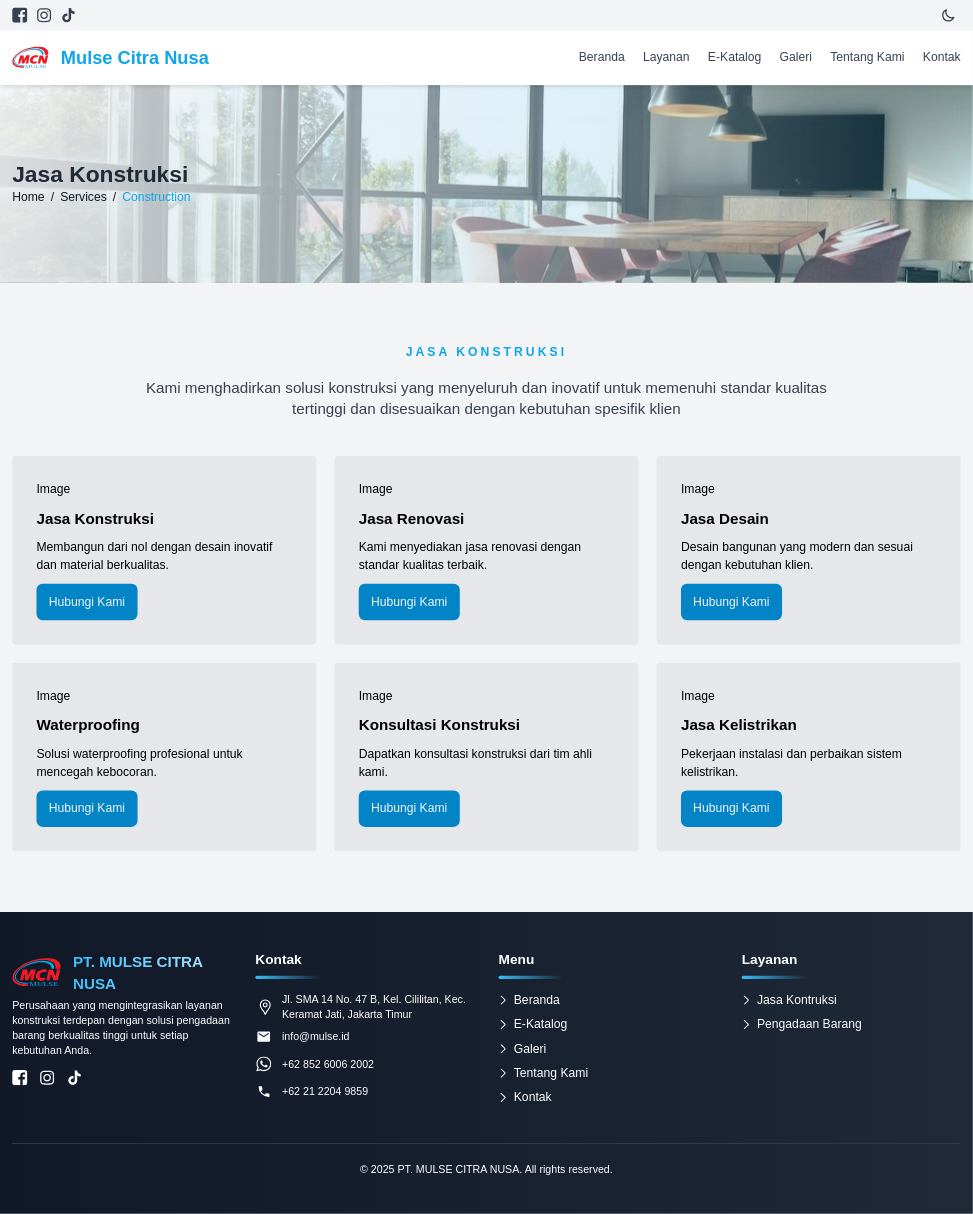
Repository: PrasBaldin/next-mulse
Page: /services/construction
An editor plug-in stored every save of this project. The page is shown before and after the next save, followed by the edit.
The browser window is 1280 px wide. The pictures show the whole page, at 76% of full size.
The project was rebuilt for these pictures with package versions that can differ from the ones it lists, and the page was loaded fresh each time. The framework's server and built-in components were replaced by stand-ins that run in the browser. Also part of the build but not shown: next.config.ts, app/_assets/servicesIcon/iconConstruction.tsx, app/_assets/servicesIcon/iconRenovation.tsx, app/_assets/servicesIcon/iconDesign.tsx, app/_assets/servicesIcon/iconConsultation.tsx, app/_assets/servicesIcon/iconWaterproofing.tsx, app/_assets/servicesIcon/iconElectrical.tsx.

Above is the page before, as saved 2025-02-26 13:53:06.

### app/layout.tsx
import type { Metadata } from "next";
import { Geist, Geist_Mono } from "next/font/google";
import "./globals.css";
import Navbar from "@/components/navbar";
import Footer from "@/components/footer";

const geistSans = Geist({
  variable: "--font-geist-sans",
  subsets: ["latin"],
});

const geistMono = Geist_Mono({
  variable: "--font-geist-mono",
  subsets: ["latin"],
});

export const metadata: Metadata = {
  title: "Mulse",
  description: "Selamat datang di PT. Mulse Citra Nusa, kami menyediakan barang dan jasa sesuai kebutuhan Anda.",
};

export default function RootLayout({
  children,
}: Readonly<{
  children: React.ReactNode;
}>) {
  return (
    <html lang="en">
      <body className={`${geistSans.variable} ${geistMono.variable} antialiased`} >
        <Navbar />
        {children}
        <Footer />
      </body>
    </html>
  );
}

### app/services/construction/page.tsx
import Link from "next/link";
import IconTools from "../../_assets/servicesIcon/iconConstruction";
import IconRenovation from "../../_assets/servicesIcon/iconRenovation";
import IconDesign from "../../_assets/servicesIcon/iconDesign";
import IconConsultation from "../../_assets/servicesIcon/iconConsultation";
import IconWaterproofing from "../../_assets/servicesIcon/iconWaterproofing";
import IconElectrical from "../../_assets/servicesIcon/iconElectrical";

const ConstructionPage = () => {
  const services = [
    {
      icon: "construction",
      title: "Jasa Konstruksi",
      description:
        "Membangun dari nol dengan desain inovatif dan material berkualitas.",
    },
    {
      icon: "renovation",
      title: "Jasa Renovasi",
      description:
        "Kami menyediakan jasa renovasi dengan standar kualitas terbaik.",
    },
    {
      icon: "design",
      title: "Jasa Desain",
      description:
        "Desain bangunan yang modern dan sesuai dengan kebutuhan klien.",
    },
    {
      icon: "waterproofing",
      title: "Waterproofing",
      description: "Solusi waterproofing profesional untuk mencegah kebocoran.",
    },
    {
      icon: "consultation",
      title: "Konsultasi Konstruksi",
      description: "Dapatkan konsultasi konstruksi dari tim ahli kami.",
    },
    {
      icon: "electrical",
      title: "Jasa Kelistrikan",
      description: "Pekerjaan instalasi dan perbaikan sistem kelistrikan.",
    },
  ];

  return (
    <>
      <section className="mt-[72px] lg:mt-[112px]">
        <div className="banner">
          <div className="banner-mask"></div>
          <div className="container z-[1] relative">
            <div className="banner-content">
              <h4 className="text-3xl font-bold text-gray-800 dark:text-gray-100 transition duration-500 ease-in-out">
                Jasa Konstruksi
              </h4>
              <ul className="breadcrumbs">
                <li>
                  <Link
                    href="/"
                    className="text-gray-900 dark:text-gray-100 transition duration-500 ease-in-out"
                  >
                    Home
                  </Link>
                </li>
                <li className="text-gray-900 dark:text-gray-100 transition duration-500 ease-in-out">
                  /
                </li>
                <li>
                  <Link
                    href="/"
                    className="text-gray-900 dark:text-gray-100 transition duration-500 ease-in-out"
                  >
                    Services
                  </Link>
                </li>
                <li className="text-gray-900 dark:text-gray-100 transition duration-500 ease-in-out">
                  /
                </li>
                <li>
                  <Link href="/gallery" className="text-sky-500">
                    Construction
                  </Link>
                </li>
              </ul>
            </div>
          </div>
        </div>
      </section>
      <section className="py-20">
        <div className="container">
          <div className="mb-10 text-center">
            <h4 className="mb-3 text-sky-500 font-semibold tracking-[.25em] uppercase">
              Jasa Konstruksi
            </h4>
            <h3 className="py-2 my-2 mx-auto w-full md:w-3/4 text-gray-700 dark:text-gray-100 transition duration-500 ease-in-out text-xl">
              Kami menghadirkan solusi konstruksi yang menyeluruh dan inovatif
              untuk memenuhi standar kualitas tertinggi dan disesuaikan dengan
              kebutuhan spesifik klien
            </h3>
          </div>
          <div className="service-content grid grid-cols-2 md:grid-cols-3 gap-6">
            {services.map((service, index) => (
              <div key={index} className="card bg-gray-200 rounded p-8">
                <div className="card-img pb-3">
                  <span>Image</span>
                </div>
                <div className="card-title text-xl font-semibold pb-3">
                  <h4>{service.title}</h4>
                </div>
                <div className="card-desc pb-3">
                  <p>{service.description}</p>
                </div>
                <button className="btn btn-primary">Hubungi Kami</button>
              </div>
            ))}
          </div>
        </div>
      </section>
    </>
  );
};

export default ConstructionPage;

### app/globals.css
@tailwind base;
@tailwind components;
@tailwind utilities;

:root {
  --background: #ffffff;
  --foreground: #171717;
}

@media (prefers-color-scheme: dark) {
  :root {
    --background: #0a0a0a;
    --foreground: #ededed;
  }
}

body {
  font-family: Arial, Helvetica, sans-serif;
  @apply bg-gray-100 dark:bg-gray-700;
}

.container {
  @apply mx-auto px-4;
}

.btn {
  @apply px-4 py-3 rounded-lg transition duration-500 ease-in-out;
}

.btn-primary {
  @apply bg-sky-600 hover:bg-sky-700 dark:hover:bg-sky-700 text-gray-100 hover:text-gray-300;
}

.btn-secondary {
  @apply bg-gray-100 hover:bg-gray-300 dark:hover:bg-gray-300 text-gray-800;
}

.btn-primary-border {
  @apply bg-transparent hover:bg-sky-500 dark:hover:bg-sky-500 border-2 border-sky-500 text-sky-500 dark:text-sky-500 hover:text-white dark:hover:text-white;
}

.banner {
  background-image: url("/img/banner-2.jpg");
  background-size: cover;
  @apply py-[100px] relative;
}

.banner-mask {
  @apply absolute inset-0 bg-gradient-to-r from-gray-100/90 to-sky-500/20 dark:from-gray-800/90 dark:to-sky-500/20 transition duration-500 ease-in-out z-[0];
}

.breadcrumbs {
  @apply flex gap-2 font-medium;
}

### components/navbar.css
.utility-bar {
  @apply hidden lg:block absolute top-0 w-full py-1 bg-gray-100 dark:bg-gray-700 transition duration-500 ease-in-out z-10;
}

.utility-content {
  @apply w-auto flex gap-2;
}

.social-media-link {
  @apply mr-3 text-gray-700 dark:text-gray-100 hover:text-sky-500 dark:hover:text-sky-500 transition duration-300;
}

.navbar {
  @apply bg-white dark:bg-gray-800 transition duration-500 ease-in-out shadow-md top-0 lg:top-[40px] fixed lg:absolute w-full z-20;
}

.nav-link {
  @apply text-gray-700 hover:text-sky-500 dark:hover:text-sky-500 dark:text-gray-100 py-5 transition duration-500 ease-in-out border-b-2 border-transparent hover:border-sky-500 flex items-center;
}

.nav-dropdown {
  @apply bg-white dark:bg-gray-800 absolute top-[4rem] -left-2 w-auto pt-2 p-3 border-2 border-sky-300 dark:border-sky-800 border-t-sky-500 dark:border-t-sky-500 shadow-xl rounded-lg overflow-visible transition-all duration-300 transform;
}

.nav-link-dropdown {
  @apply text-gray-700 hover:text-sky-500 dark:hover:text-sky-500 dark:text-gray-100 pt-2 pb-1 transition duration-500 ease-in-out hover:bg-gray-100 dark:hover:bg-gray-700 rounded border-b border-gray-200 hover:border-sky-500 block mt-2 px-2;
}

.nav-link-mobile {
  @apply hover:bg-gray-100 dark:hover:bg-gray-700 text-gray-700 hover:text-sky-500 dark:hover:text-sky-500 dark:text-gray-100 py-2 pl-2 border-b border-gray-200 hover:border-sky-500 rounded transition;
}

.hamburger {
  @apply absolute w-6 h-[3px] bg-gray-800 dark:bg-gray-100 rounded transition duration-500 ease-in-out;
}

.dropdown-arrow {
  @apply border-b-2 border-r-2 border-gray-700 dark:border-gray-100 ml-2 w-3 h-3 transition duration-500 ease-in-out;
}

.nav-link-mobile:hover .dropdown-arrow {
  @apply border-sky-500;
}

### components/toggleDarkMode.tsx
"use client";
import { useState, useEffect } from "react";
import IconDarkMode from "../app/_assets/icon/iconDarkmode";
import IconLightMode from "../app/_assets/icon/iconLightmode";

import "./toggleDarkMode.css";

const ToggleDarkMode = () => {
  const [isDarkMode, setIsDarkMode] = useState(false);
  useEffect(() => {
    const storedTheme = localStorage.getItem("theme");
    setIsDarkMode(storedTheme === "dark");
  }, []);

  useEffect(() => {
    if (isDarkMode) {
      document.documentElement.classList.add("dark");
      localStorage.setItem("theme", "dark");
    } else {
      document.documentElement.classList.remove("dark");
      localStorage.setItem("theme", "light");
    }
  }, [isDarkMode]);

  return (
    <>
      {/* Mobile */}
      <button
        onClick={() => setIsDarkMode(!isDarkMode)}
        className="lg:hidden btn h-11 flex items-center"
        style={{ padding: ".5rem" }}
      >
        <div className="block">
          <div className="absolute flex items-center gap-2">
            <div
              className={`toggle-dark-mode-mobile gap-2 ${
                isDarkMode ? "opacity-100 rotate-0" : "opacity-0 rotate-90"
              }`}
            >
              <IconLightMode />
            </div>
            <span
              className={`text-gray-700 dark:text-gray-300 ${
                isDarkMode ? "opacity-100" : "opacity-0"
              }`}
            >
              Light Mode
            </span>
          </div>
          <div className="flex items-center gap-2">
            <div
              className={`toggle-dark-mode-mobile gap-2 ${
                isDarkMode ? "opacity-0 -rotate-90" : "opacity-100 rotate-0"
              }`}
            >
              <IconDarkMode />
            </div>
            <span
              className={`text-gray-700 dark:text-gray-300 ${
                isDarkMode ? "opacity-0" : "opacity-100"
              }`}
            >
              Night Mode
            </span>
          </div>
        </div>
      </button>

      {/* Desktop */}
      <button
        onClick={() => setIsDarkMode(!isDarkMode)}
        className="btn hidden lg:block btn w-8 h-8 relative overflow-hidden"
      >
        <div
          className={`toggle-dark-mode ${
            isDarkMode ? "opacity-100 rotate-0" : "opacity-0 rotate-90"
          }`}
        >
          <IconLightMode />
        </div>
        <div
          className={`toggle-dark-mode ${
            isDarkMode ? "opacity-0 -rotate-90" : "opacity-100 rotate-0"
          }`}
        >
          <IconDarkMode />
        </div>
      </button>
    </>
  );
};

export default ToggleDarkMode;

### components/footer.css
footer table tr a {
    @apply transition duration-300
}

footer table tr:hover a {
    @apply text-sky-400
}

### app/_assets/icon/iconDarkmode.tsx
import React from "react";

const IconDarkmode = () => {
    return (
        <svg xmlns="http://www.w3.org/2000/svg" className="h-5 w-5 text-gray-700 dark:text-gray-100" fill="none" viewBox="0 0 24 24" stroke="currentColor">
            <path strokeLinecap="round" strokeLinejoin="round" strokeWidth={2} d="M20.354 15.354A9 9 0 018.646 3.646 9.003 9.003 0 0012 21a9.003 9.003 0 008.354-5.646z" />
        </svg>
    )
}

export default IconDarkmode

### app/_assets/icon/iconLightmode.tsx
import React from "react";

const IconLightMode = () => {
    return (
        <svg xmlns="http://www.w3.org/2000/svg" className="h-5 w-5 text-gray-100" fill="none" viewBox="0 0 24 24" stroke="currentColor">
            <path strokeLinecap="round" strokeLinejoin="round" strokeWidth="2" d="M12 3v1m0 16v1m9-9h-1M4 12H3m15.364 6.364l-.707-.707M6.343 6.343l-.707-.707m12.728 0l-.707.707M6.343 17.657l-.707.707" />
            <circle cx="12" cy="12" r="3" stroke="currentColor" strokeWidth="2" fill="none" />
        </svg>
    )
}

export default IconLightMode

### components/toggleDarkMode.css
.toggle-dark-mode {
    @apply absolute top-0 bottom-0 left-0 right-0 flex items-center justify-center transition-all duration-500 transform
}

.toggle-dark-mode-mobile {
    @apply flex items-center justify-center transition-all duration-500 transform
}

### tailwind.config.ts
import type { Config } from "tailwindcss";

export default {
  darkMode: 'class',
  content: [
    "./pages/**/*.{js,ts,jsx,tsx,mdx}",
    "./components/**/*.{js,ts,jsx,tsx,mdx}",
    "./app/**/*.{js,ts,jsx,tsx,mdx}"
  ],
  theme: {
    extend: {
      width: {
        '11': '2.75rem',
      },
      height: {
        '11': '2.75rem',
      },
      colors: {
        background: "var(--background)",
        foreground: "var(--foreground)",
      },
    },
  },
  plugins: [],
} satisfies Config;

Loaded but not shown: components/footer.tsx (503 lines, source omitted); components/navbar.tsx (283 lines, source omitted)

After the next save:
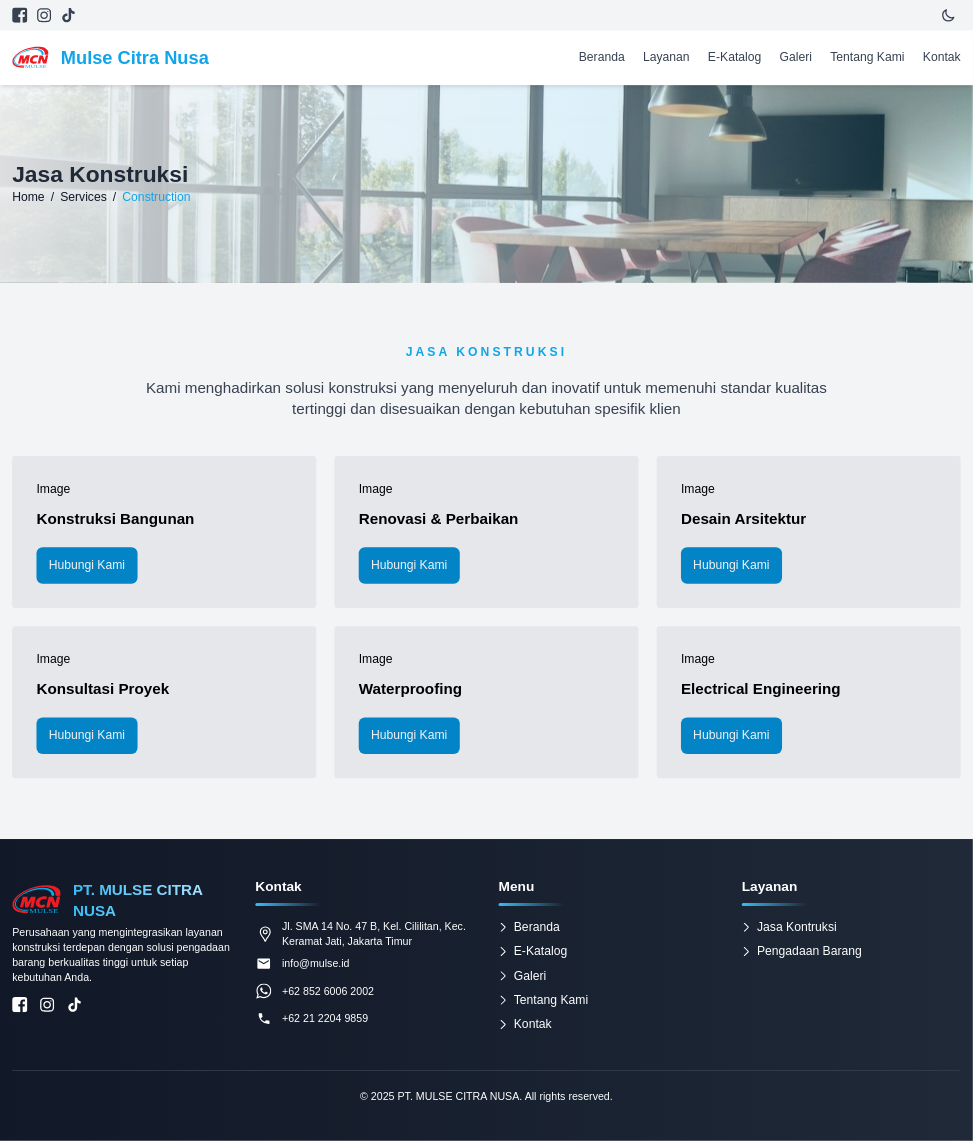
Saved 2 min 20 s later.
--- a/app/services/construction/page.tsx
+++ b/app/services/construction/page.tsx
@@ -9,37 +9,34 @@
 const ConstructionPage = () => {
   const services = [
     {
-      icon: "construction",
-      title: "Jasa Konstruksi",
-      description:
-        "Membangun dari nol dengan desain inovatif dan material berkualitas.",
+      icon: { IconTools },
+      title: "Konstruksi Bangunan",
+      desc: "Menyediakan solusi konstruksi bangunan yang inovatif dan berkualitas tinggi untuk berbagai proyek.",
     },
     {
-      icon: "renovation",
-      title: "Jasa Renovasi",
-      description:
-        "Kami menyediakan jasa renovasi dengan standar kualitas terbaik.",
+      icon: IconRenovation,
+      title: "Renovasi & Perbaikan",
+      desc: "Layanan renovasi dan perbaikan bangunan dengan pendekatan profesional dan efisien untuk meningkatkan nilai properti Anda.",
     },
     {
-      icon: "design",
-      title: "Jasa Desain",
-      description:
-        "Desain bangunan yang modern dan sesuai dengan kebutuhan klien.",
+      icon: IconDesign,
+      title: "Desain Arsitektur",
+      desc: "Menyediakan layanan desain arsitektur kreatif dan inovatif untuk menciptakan bangunan yang unik dan fungsional.",
     },
     {
-      icon: "waterproofing",
-      title: "Waterproofing",
-      description: "Solusi waterproofing profesional untuk mencegah kebocoran.",
+      icon: IconConsultation,
+      title: "Konsultasi Proyek",
+      desc: "Menawarkan konsultasi menyeluruh untuk memastikan setiap tahap proyek berjalan dengan lancar dan tepat sasaran.",
     },
     {
-      icon: "consultation",
-      title: "Konsultasi Konstruksi",
-      description: "Dapatkan konsultasi konstruksi dari tim ahli kami.",
+      icon: IconWaterproofing,
+      title: "Waterproofing",
+      desc: "Menyediakan solusi waterproofing yang handal dan tahan lama untuk melindungi bangunan dari kebocoran serta kerusakan akibat kelembapan.",
     },
     {
-      icon: "electrical",
-      title: "Jasa Kelistrikan",
-      description: "Pekerjaan instalasi dan perbaikan sistem kelistrikan.",
+      icon: IconElectrical,
+      title: "Electrical Engineering",
+      desc: "Menyediakan layanan perancangan dan instalasi sistem kelistrikan yang aman, efisien, dan sesuai standar untuk mendukung infrastruktur modern.",
     },
   ];
 
